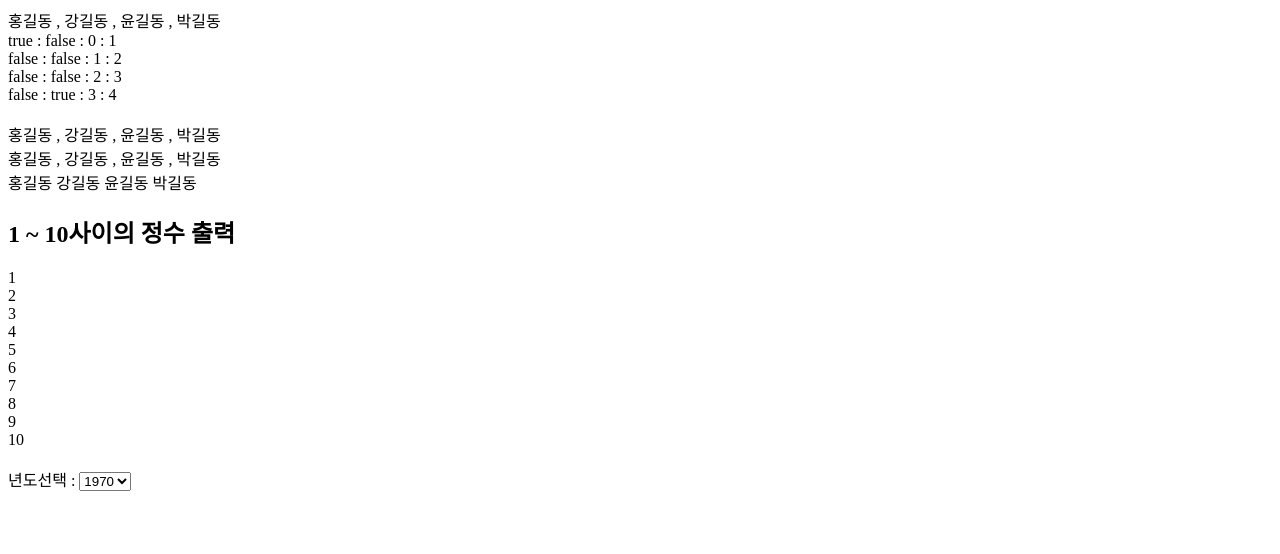
Repository: sunnny10/web-workspace
Page: http://localhost/Lecture-Web/jsp/jstl/core/exam05.jsp
An editor plug-in stored every save of this project. The page is shown before and after the next save, followed by the edit.
The browser window is 1280 px wide. The pictures show the whole page.
The page is served by Tomcat 9.

Above is the page before, as saved 2022-06-07 07:55:52.

After the next save:
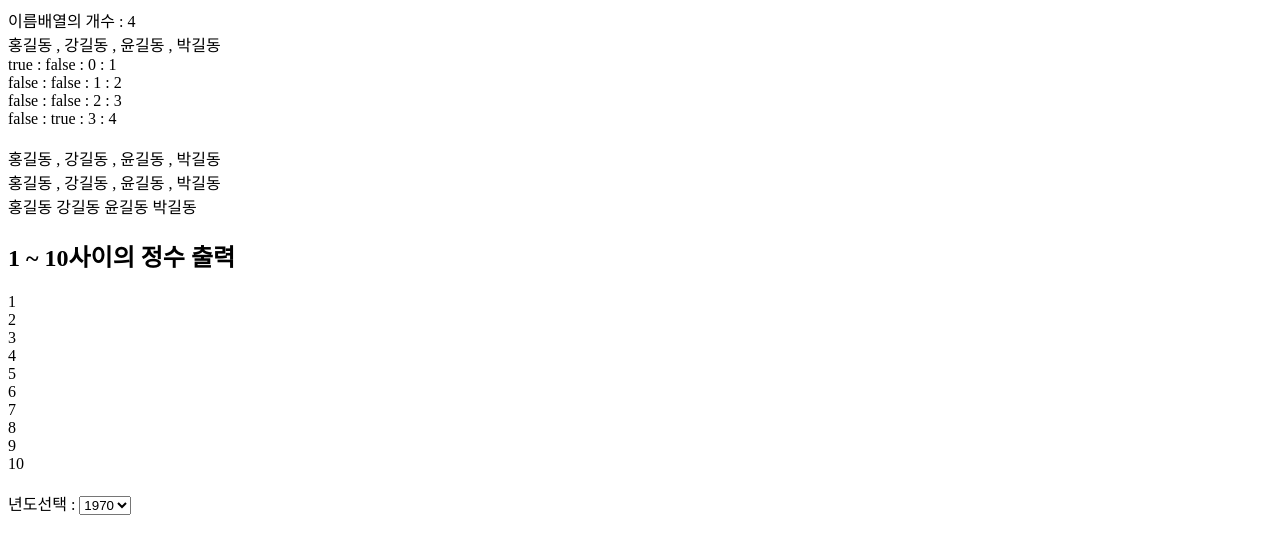
Saved 28 s later.
--- a/Lecture-Web/src/main/webapp/jsp/jstl/core/exam05.jsp
+++ b/Lecture-Web/src/main/webapp/jsp/jstl/core/exam05.jsp
@@ -15,6 +15,7 @@
 <title>Insert title here</title>
 </head>
 <body>
+	이름배열의 개수 : ${ fn:length(names) }<br>
 	<c:forEach items="${ names }" var="name" varStatus="loop">
 		<!-- . 으로 접근하는 것은 자바빈즈 클래스거나 맵 일때 접근 -->
 		<c:if test="${ not loop.first }">
